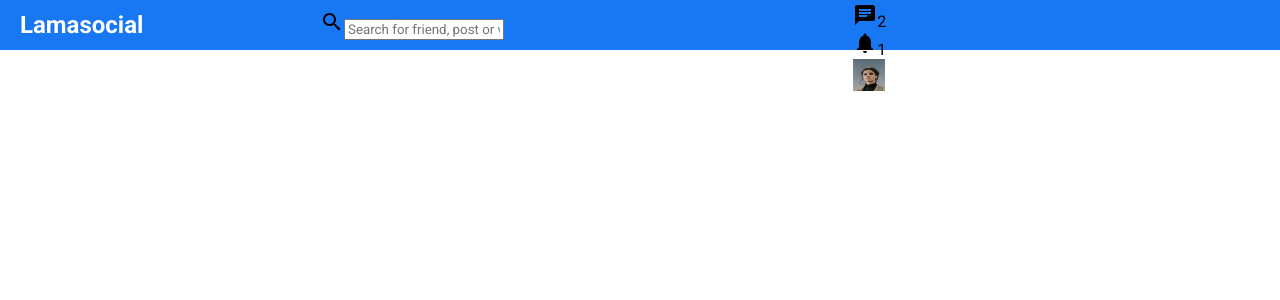
Repository: nazlinres01/react-social
Page: / (app in client/)
The author's editor kept a copy of each file at every save. The page is drawn from the files as they stood at one save, then again after the next save.
The browser window is 1280 px wide. The pictures show the whole page.
The project was rebuilt for these pictures with package versions that can differ from the ones it lists, and the page was loaded fresh each time.

Above is the page before, as saved 2024-06-07 21:38:59.

### client/public/index.html
<!DOCTYPE html>
<html lang="en">

<head>
  <meta charset="utf-8" />
  <meta name="viewport" content="width=device-width, initial-scale=1" />
  <meta name="description" content="Web site created using create-react-app" />
  <link
    href="https://fonts.googleapis.com/css2?family=Roboto:ital,wght@0,100;0,300;0,400;0,500;0,700;0,900;1,100;1,300;1,400;1,500;1,700;1,900&display=swap"
    rel="stylesheet">
    <link rel="stylesheet" href="style.css">
  <title>Social App</title>
</head>

<body>
  <noscript>You need to enable JavaScript to run this app.</noscript>
  <div id="root"></div>
</body>

</html>

### client/src/App.js
import Home from "./pages/home/Home";

function App() {
  return <Home />
}

export default App;

### client/src/pages/home/Home.js
import Topbar from "../../components/topbar/Topbar";

export default function Home() {
    return (
        <Topbar />
    )
}

### client/src/components/topbar/Topbar.jsx
import "./topbar.css"
import { Search, Person, Chat, Notifications } from "@material-ui/icons"

export default function Topbar() {
  return (
    <div className="topbarContainer">
      <div className="topbarLeft">
        <span className="logo">Lamasocial</span>
      </div>
      <div className="topbarCenter">
        <div className="searchbar">
          <Search />
          <input placeholder="Search for friend, post or video" className="searchInput" />
        </div>
      </div>
      <div className="topbarRight">
        <div className="topbarLinks">
          <span className="topbarLink">Homepage</span>
          <span className="topbarLink">Timeline</span>
        </div>
        <div className="topbarIcons">
          <div className="topbarIconItem">
            <Person />
            <span className="topbarIconBadge">1</span>
          </div>
          <div className="topbarIconItem">
            <Chat />
            <span className="topbarIconBadge">2</span>
          </div>
          <div className="topbarIconItem">
            <Notifications />
            <span className="topbarIconBadge">1</span>
          </div>
        </div>
        <img src="/assets/person/1.jpeg" alt="" className="topbarImg" />
      </div>

    </div>
  )
}

### client/src/components/topbar/topbar.css
.topbarContainer {
    height: 50px;
    width: 100%;
    background-color: #1877f2;
    display: flex;
    align-items: center;
    position: sticky;
    top: 0;
}

.topbarLeft {
    flex: 3;
}

.logo {
    font-size: 24px;
    margin-left: 20px;
    font-weight: bold;
    color: white;
    cursor: pointer;
}

.topbarCenter {
    flex: 5;
}

.topbarRight {
    flex: 4;
}

.topbarImg {
    width: 32px;
    height: 32px;
}

Loaded but not shown: client/src/index.js (common file); client/public/style.css (common file)

After the next save:
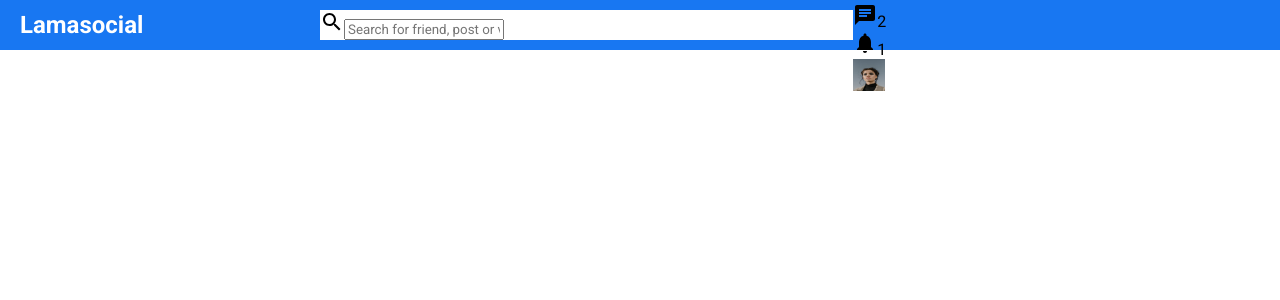
Saved 3 min 6 s later.
--- a/client/src/components/topbar/topbar.css
+++ b/client/src/components/topbar/topbar.css
@@ -24,6 +24,12 @@
     flex: 5;
 }
 
+.searchbar {
+    width: 100%;
+    height: 30px;
+    background-color: white;
+}
+
 .topbarRight {
     flex: 4;
 }
